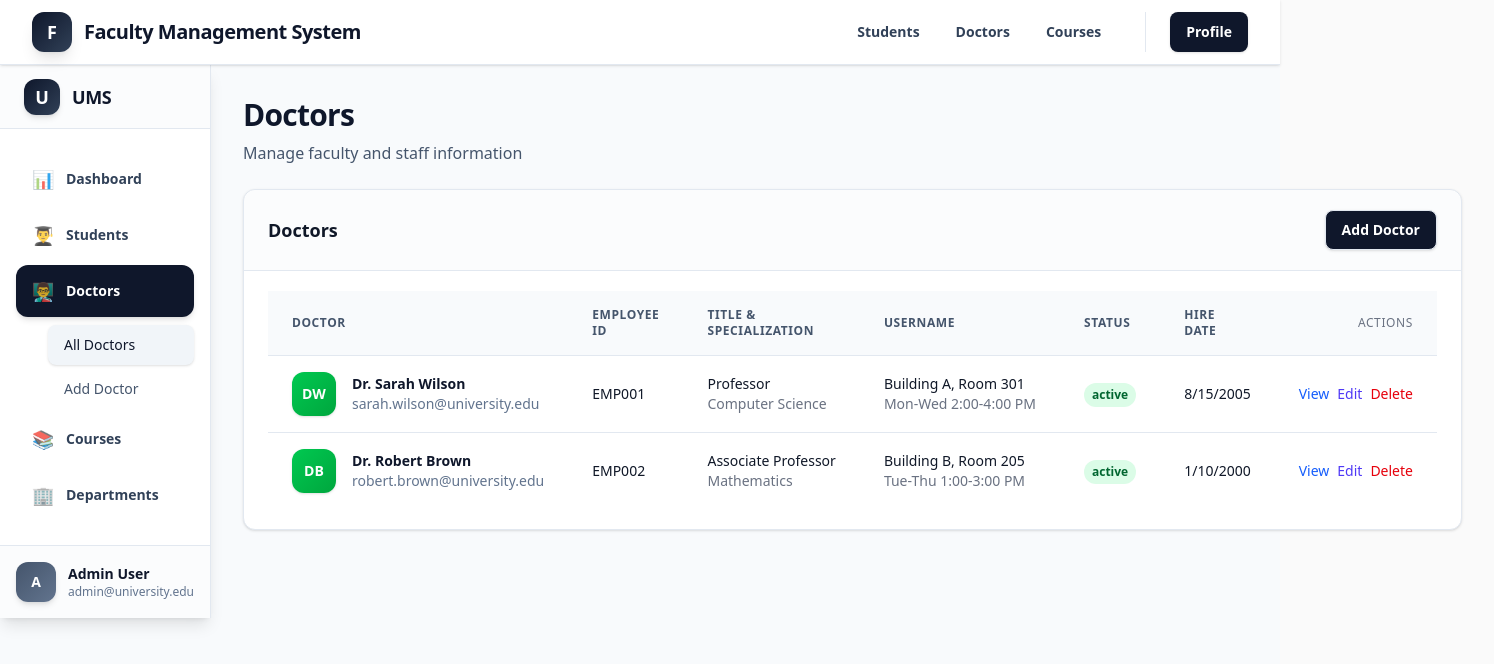
Repository: Mohamedmohsen179/Advanced-DB-Task
Page: /doctors (app in frontend/)
An editor plug-in stored every save of this project. The page is shown before and after the next save, followed by the edit.
The browser window is 1280 px wide. The page is 1494 px wide, so the pictures cover 1494 px, including what lies to the right of the window. The pictures show the whole page.
The page's requests for data from a server got no answer. The project was rebuilt for these pictures with package versions that can differ from the ones it lists, and the page was loaded fresh each time. The framework's server and built-in components were replaced by stand-ins that run in the browser. No one was signed in, and anything a server would have sent is missing. Also part of the build but not shown: frontend/next.config.ts.

Above is the page before, as saved 2025-11-28 16:38:08.

After the next save:
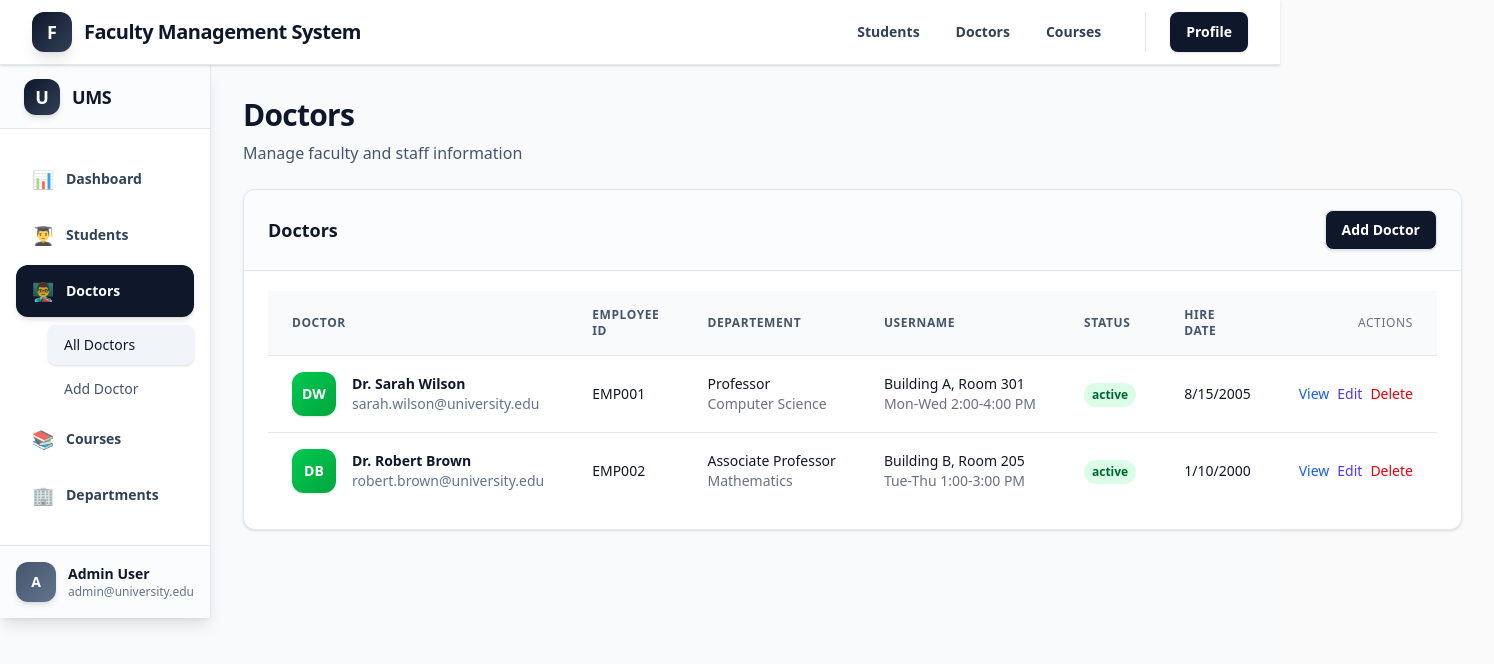
Saved 28 s later.
--- a/frontend/components/doctors/DoctorTable.tsx
+++ b/frontend/components/doctors/DoctorTable.tsx
@@ -70,7 +70,7 @@ export default function DoctorTable({
                   Employee ID
                 </th>
                 <th className="px-6 py-4 text-left text-xs font-semibold text-slate-600 uppercase tracking-wider">
-                  Title & Specialization
+                  Departement
                 </th>
                 <th className="px-6 py-4 text-left text-xs font-semibold text-slate-600 uppercase tracking-wider">
                   Username
@@ -121,12 +121,12 @@ export default function DoctorTable({
                   </td>
                   <td className="px-6 py-4 whitespace-nowrap">
                     <span className={`inline-flex px-2 py-1 text-xs font-semibold rounded-full ${doctor.status === 'active'
-                        ? 'bg-green-100 text-green-800'
-                        : doctor.status === 'inactive'
-                          ? 'bg-gray-100 text-gray-800'
-                          : doctor.status === 'on_leave'
-                            ? 'bg-yellow-100 text-yellow-800'
-                            : 'bg-blue-100 text-blue-800'
+                      ? 'bg-green-100 text-green-800'
+                      : doctor.status === 'inactive'
+                        ? 'bg-gray-100 text-gray-800'
+                        : doctor.status === 'on_leave'
+                          ? 'bg-yellow-100 text-yellow-800'
+                          : 'bg-blue-100 text-blue-800'
                       }`}>
                       {doctor.status.replace('_', ' ')}
                     </span>
